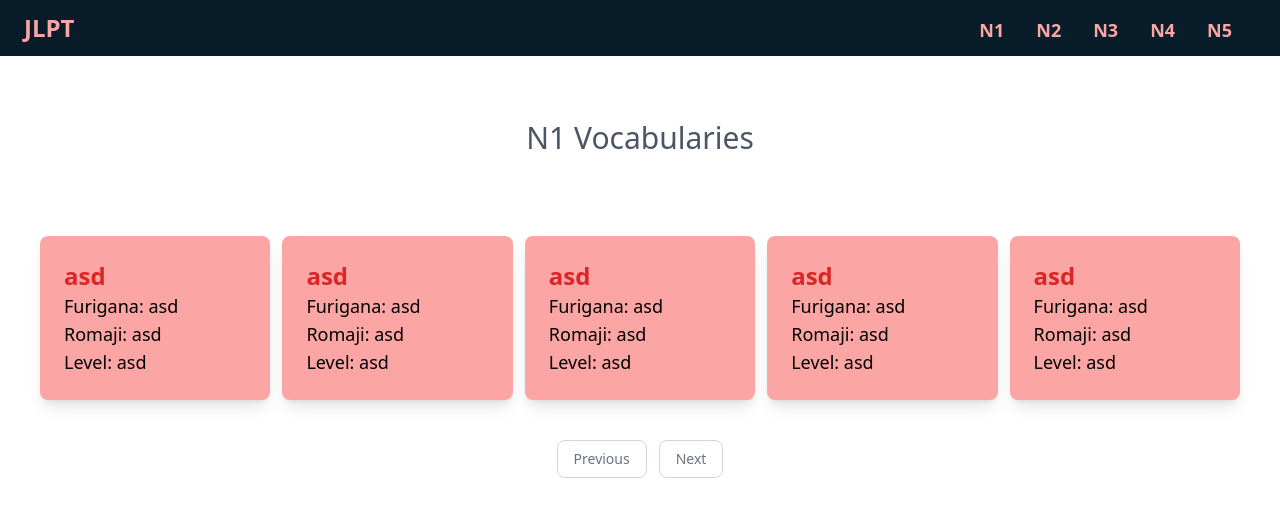
Repository: Penglee25/JLPT-vocabulary
Page: /n1
The author's editor kept a copy of each file at every save. The page is drawn from the files as they stood at one save, then again after a run of saves.
The browser window is 1280 px wide. The pictures show the whole page.
The project was rebuilt for these pictures with package versions that can differ from the ones it lists, and the page was loaded fresh each time. The framework's server and built-in components were replaced by stand-ins that run in the browser. Also part of the build but not shown: next.config.js, src/styles/main.css.

Above is the page before, as saved 2023-03-17 15:06:08.

### src/pages/_app.tsx
import type { AppProps } from 'next/app';
import React from 'react';
import Head from '../components/head';

import '../styles/global.css';
import '../styles/main.css';

function MyApp({ Component, pageProps }: AppProps) {
  return (
    <React.Fragment>
      <Head />
      <Component {...pageProps} />
    </React.Fragment>
  )
}

export default MyApp;

### src/pages/n1.tsx
import Navbar from "../components/navbar";

export default function n1() {

    return (
        <div>
            <Navbar />
            <div className="container p-10">

                <div className="text-center my-20">
                    <span className="text-3xl text-gray-600">N1 Vocabularies</span>
                </div>

                <div className=" grid md:grid-cols-5 gap-3 grid-cols-3">
                    <div key={0} className="block rounded-lg bg-red-300 p-6 shadow-lg dark:bg-neutral-700">
                        <span className='text-2xl font-bold text-red-600'>asd</span>
                        <p className='my-0 text-lg'>Furigana: asd</p>
                        <p className='my-0 text-lg'>Romaji: asd</p>
                        <p className='my-0 text-lg'>Level: asd</p>
                    </div>
                    <div key={0} className="block rounded-lg bg-red-300 p-6 shadow-lg dark:bg-neutral-700">
                        <span className='text-2xl font-bold text-red-600'>asd</span>
                        <p className='my-0 text-lg'>Furigana: asd</p>
                        <p className='my-0 text-lg'>Romaji: asd</p>
                        <p className='my-0 text-lg'>Level: asd</p>
                    </div>
                    <div key={0} className="block rounded-lg bg-red-300 p-6 shadow-lg dark:bg-neutral-700">
                        <span className='text-2xl font-bold text-red-600'>asd</span>
                        <p className='my-0 text-lg'>Furigana: asd</p>
                        <p className='my-0 text-lg'>Romaji: asd</p>
                        <p className='my-0 text-lg'>Level: asd</p>
                    </div>
                    <div key={0} className="block rounded-lg bg-red-300 p-6 shadow-lg dark:bg-neutral-700">
                        <span className='text-2xl font-bold text-red-600'>asd</span>
                        <p className='my-0 text-lg'>Furigana: asd</p>
                        <p className='my-0 text-lg'>Romaji: asd</p>
                        <p className='my-0 text-lg'>Level: asd</p>
                    </div>
                    <div key={0} className="block rounded-lg bg-red-300 p-6 shadow-lg dark:bg-neutral-700">
                        <span className='text-2xl font-bold text-red-600'>asd</span>
                        <p className='my-0 text-lg'>Furigana: asd</p>
                        <p className='my-0 text-lg'>Romaji: asd</p>
                        <p className='my-0 text-lg'>Level: asd</p>
                    </div>
                </div>

                <div className="pagination text-center mt-10">
                    <a href="#" className="inline-flex items-center px-4 py-2 text-sm font-medium text-gray-500 bg-white border border-gray-300 rounded-lg hover:bg-gray-100 hover:text-gray-700 dark:bg-gray-800 dark:border-gray-700 dark:text-gray-400 dark:hover:bg-gray-700 dark:hover:text-white">
                        Previous
                    </a>
                    <a href="#" className="inline-flex items-center px-4 py-2 ml-3 text-sm font-medium text-gray-500 bg-white border border-gray-300 rounded-lg hover:bg-gray-100 hover:text-gray-700 dark:bg-gray-800 dark:border-gray-700 dark:text-gray-400 dark:hover:bg-gray-700 dark:hover:text-white">
                        Next
                    </a>
                </div>

            </div>
        </div>
    )
}

### src/components/head.tsx
import NextHead from 'next/head';

const title = 'JLPT Vocabulary API';
const desc = 'A RESTful / GraphQL API for JPLT vocabulary from N5 to N1';
const url = 'https://jlpt-keiz.vercel.app';

export default function Head() {
  return (
    <NextHead>
      <title>{title}</title>
      <meta name="description" content={desc} />
      <link rel="shortcut icon" type="image/x-icon" href="/icon-r.png" />

      <meta property="og:type" content="website" />
      <meta property="og:title" content={title} />
      <meta property="og:description" content={desc} />
      <meta property="og:url" content={url} />
      <meta property="og:image" content={`${url}/icon-s.png`} />

      <meta name="twitter:card" content="summary" />
    </NextHead>
  );
}

### src/styles/global.css
@tailwind base;
@tailwind components;
@tailwind utilities;

html {
  @apply antialiased;
}

.levels{
  color: #a2a2a2;
  font-weight: 600;
  transition: .3s;
  cursor: pointer;
}

.levels::after{
  content: '\261B';
  margin-left: 5px;
  position: absolute;
}

.levels:hover{
  color: black;
  text-decoration: underline;
}

### src/components/navbar.tsx
import Link from 'next/link'
import { useState } from 'react'

import { navLinks } from '../utils/data'

export default function Navbar() {
    const [isOpen, setIsOpen] = useState(false)
    const animate = useState(true)


    const NavMobile = ({ onClick }: any) => {
        // const animate = useStartAnimation()

        // return (
        //     <div className={`md:hidden flex flex-col text-white font-dosis w-11/12 mx-auto pl-2 pb-5 ${animate? '': 'translate-x-60 -translate-y-7 opacity-0'} transform transition duration-1000`}>

        //     </div>
        // )
    }

    return (
        <div style={{ backgroundColor: '#091c29' }} className='fixed top-0 w-full z-20 px-6'>
            <div className="w-full mx-auto py-3 flex items-center justify-between text-red-300 font-dosis transform transition duration-2500 text-2xl font-bold cursor-pointer">
                <Link href={navLinks[0].path}>
                <h3> JLPT </h3>
                </Link>
                <div className={`hidden md:block ${animate ? '' : 'translate-x-20 opacity-0'} transform transition duration-2500`}>
                    {
                        navLinks.map((nav: any, i) => (
                            <Link key={i} href={nav.path}>
                                <span className='font-bold text-lg mr-4 px-2 cursor-pointer border-b-2 border-transparent hover:border-white anim'>{nav.name}</span>
                            </Link>
                        ))
                    }
                </div>

                <div className='md:hidden -mr-1 flex'>
                </div>
            </div>


        </div>
    )
}

### src/utils/data.ts
export const navLinks = [
    { name: "",
     path: "/"
    },
    {
      name: "N1",
      path: "/n1",
    },
    {
      name: "N2",
      path: "/N2",
    },
    {
      name: "N3",
      path: "/N3",
    },
    {
      name: "N4",
      path: "/N4",
    },
    {
      name: "N5",
      path: "/N5",
    },
  ];

### tailwind.config.js
module.exports = {
	content: ["./src/**/*.tsx"],
	theme: {
		extend: {
			animation: {
				none: "none",
				spin: "spin 1s linear infinite",
				ping: "ping 1s cubic-bezier(0, 0, 0.2, 1) infinite",
				pulse: "pulse 2s cubic-bezier(0.4, 0, 0.6, 1) infinite",
				pulse1s: "pulse1s 1s cubic-bezier(0.4, 0, 0.6, 1) infinite",
				bounce: "bounce 1s infinite",
				newbounce: "newbounce 1s infinite",
				rebounce: "rebounce 1s infinite",
				float: "float 3s infinite",
				refloat: "refloat 3s infinite",
			},
			fontSize: {
				xs: ["0.75rem", { lineHeight: "1rem" }],
				sm: ["0.875rem", { lineHeight: "1.25rem" }],
				base: ["1rem", { lineHeight: "1.5rem" }],
				lg: ["1.125rem", { lineHeight: "1.75rem" }],
				xl: ["1.25rem", { lineHeight: "1.75rem" }],
				"2xl": ["1.5rem", { lineHeight: "2rem" }],
				"3xl": ["1.875rem", { lineHeight: "2.25rem" }],
				"4xl": ["2.25rem", { lineHeight: "2.5rem" }],
				"5xl": ["3rem", { lineHeight: "1" }],
				"6xl": ["3.75rem", { lineHeight: "1" }],
				"7xl": ["4.5rem", { lineHeight: "1" }],
				"8xl": ["6rem", { lineHeight: "1" }],
				"9xl": ["8rem", { lineHeight: "1" }],
			},
		},
	},
	plugins: [require("@tailwindcss/typography")],
};

After the next 2 saves:
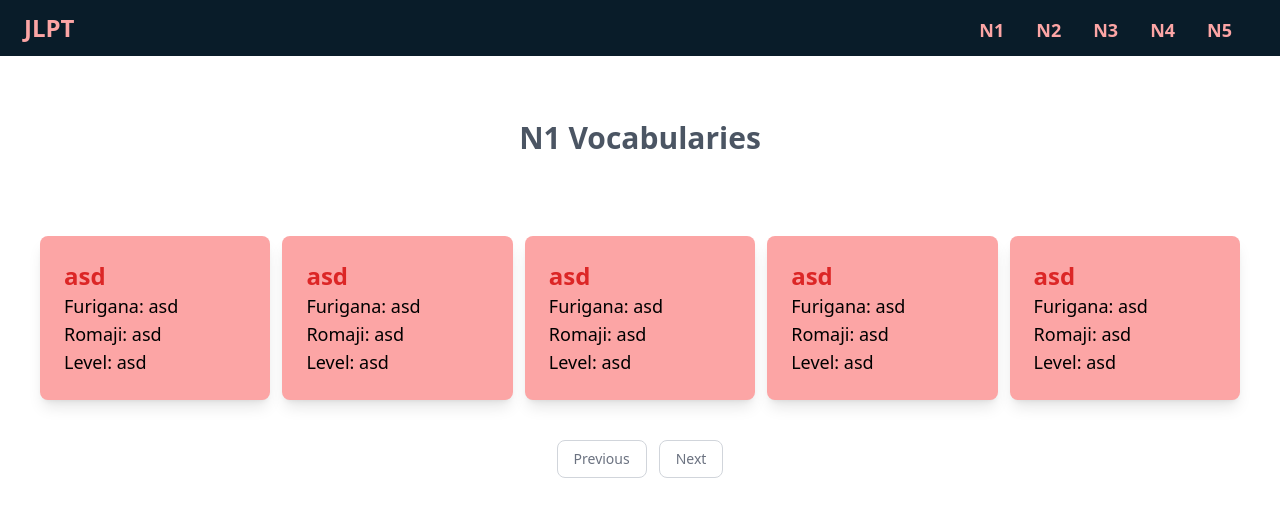
The 2 saves are shown as one change because they came seconds apart.
The last was saved 12 s later.
--- a/src/pages/n1.tsx
+++ b/src/pages/n1.tsx
@@ -8,7 +8,7 @@ export default function n1() {
             <div className="container p-10">
 
                 <div className="text-center my-20">
-                    <span className="text-3xl text-gray-600">N1 Vocabularies</span>
+                    <span className="text-3xl text-gray-600 font-bold">N1 Vocabularies</span>
                 </div>
 
                 <div className=" grid md:grid-cols-5 gap-3 grid-cols-3">
